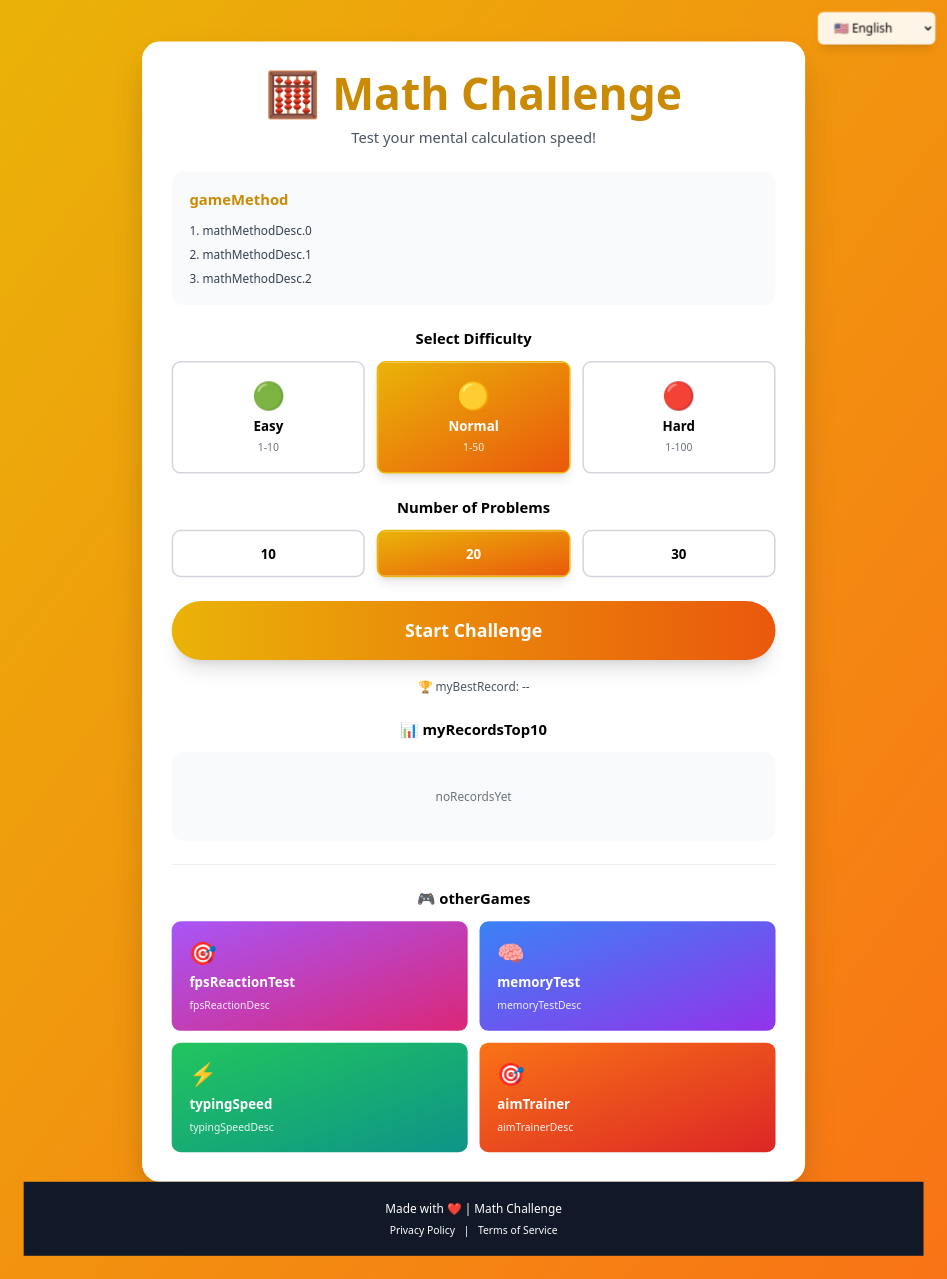
Repository: Lcmind/withjocoding
Page: math-challenge.html
These files come from the project's save history. The page is drawn as it stood at one moment and after the next save; the edit follows.
The browser window is 1280 px wide. The pictures show the whole page, at 74% of full size.
Some web libraries are served in a nearby version.

Above is the page before, as saved 2026-01-13 21:57:52.

After the next save:
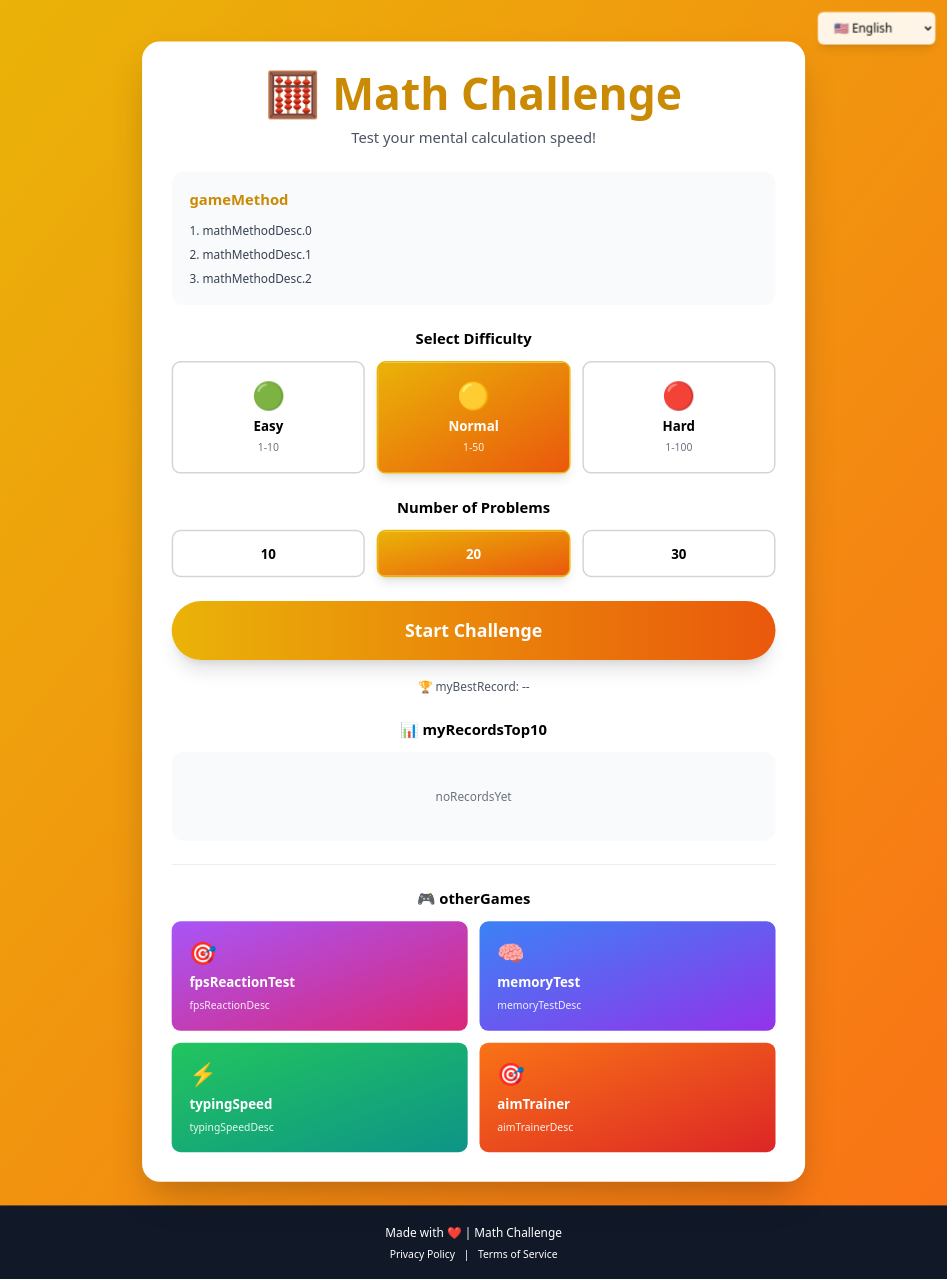
Saved 21 s later.
--- a/math-challenge.html
+++ b/math-challenge.html
@@ -149,41 +149,42 @@
           <p>🏆 <span data-i18n="myBestRecord">My Best Record</span>: <span id="best-record">--</span></p>
         </div>
 
-      <!-- 내 기록 TOP 10 -->
-      <div class="mt-8">
-        <h3 class="text-xl font-bold text-center mb-4">📊 <span data-i18n="myRecordsTop10">My Top 10 Records</span></h3>
-        <div id="history-list" class="bg-gray-50 rounded-2xl p-4 max-h-80 overflow-y-auto">
-          <p class="text-center text-gray-500 py-8" data-i18n="noRecordsYet">No records yet. Start now!</p>
-        </div>
-      </div>
-
-      <!-- 다른 게임 섹션 -->
-      <div class="mt-8 border-t border-gray-200 pt-8">
-        <h3 class="text-xl font-bold text-center mb-4">🎮 <span data-i18n="otherGames">Other Games</span></h3>
-        <div class="grid grid-cols-1 md:grid-cols-2 gap-4">
-          <a href="index.html" class="block bg-gradient-to-br from-purple-500 to-pink-600 rounded-xl p-6 text-white hover:shadow-xl transition-all duration-300 hover:-translate-y-1">
-            <div class="text-3xl mb-2">🎯</div>
-            <div class="font-bold text-lg mb-2" data-i18n="fpsReactionTest">FPS Reaction Test</div>
-            <div class="text-sm opacity-90" data-i18n="fpsReactionDesc">Test your reaction speed</div>
-          </a>
-
-          <a href="memory-test.html" class="block bg-gradient-to-br from-blue-500 to-purple-600 rounded-xl p-6 text-white hover:shadow-xl transition-all duration-300 hover:-translate-y-1">
-            <div class="text-3xl mb-2">🧠</div>
-            <div class="font-bold text-lg mb-2" data-i18n="memoryTest">Memory Test</div>
-            <div class="text-sm opacity-90" data-i18n="memoryTestDesc">Test your memory skills</div>
-          </a>
-
-          <a href="typing-speed.html" class="block bg-gradient-to-br from-green-500 to-teal-600 rounded-xl p-6 text-white hover:shadow-xl transition-all duration-300 hover:-translate-y-1">
-            <div class="text-3xl mb-2">⚡</div>
-            <div class="font-bold text-lg mb-2" data-i18n="typingSpeed">Typing Speed</div>
-            <div class="text-sm opacity-90" data-i18n="typingSpeedDesc">Test your typing speed</div>
-          </a>
-
-          <a href="aim-trainer.html" class="block bg-gradient-to-br from-orange-500 to-red-600 rounded-xl p-6 text-white hover:shadow-xl transition-all duration-300 hover:-translate-y-1">
-            <div class="text-3xl mb-2">🎯</div>
-            <div class="font-bold text-lg mb-2" data-i18n="aimTrainer">Aim Trainer</div>
-            <div class="text-sm opacity-90" data-i18n="aimTrainerDesc">Improve your aim precision</div>
-          </a>
+        <!-- 내 기록 TOP 10 -->
+        <div class="mt-8">
+          <h3 class="text-xl font-bold text-center mb-4">📊 <span data-i18n="myRecordsTop10">My Top 10 Records</span></h3>
+          <div id="history-list" class="bg-gray-50 rounded-2xl p-4 max-h-80 overflow-y-auto">
+            <p class="text-center text-gray-500 py-8" data-i18n="noRecordsYet">No records yet. Start now!</p>
+          </div>
+        </div>
+
+        <!-- 다른 게임 섹션 -->
+        <div class="mt-8 border-t border-gray-200 pt-8">
+          <h3 class="text-xl font-bold text-center mb-4">🎮 <span data-i18n="otherGames">Other Games</span></h3>
+          <div class="grid grid-cols-1 md:grid-cols-2 gap-4">
+            <a href="index.html" class="block bg-gradient-to-br from-purple-500 to-pink-600 rounded-xl p-6 text-white hover:shadow-xl transition-all duration-300 hover:-translate-y-1">
+              <div class="text-3xl mb-2">🎯</div>
+              <div class="font-bold text-lg mb-2" data-i18n="fpsReactionTest">FPS Reaction Test</div>
+              <div class="text-sm opacity-90" data-i18n="fpsReactionDesc">Test your reaction speed</div>
+            </a>
+
+            <a href="memory-test.html" class="block bg-gradient-to-br from-blue-500 to-purple-600 rounded-xl p-6 text-white hover:shadow-xl transition-all duration-300 hover:-translate-y-1">
+              <div class="text-3xl mb-2">🧠</div>
+              <div class="font-bold text-lg mb-2" data-i18n="memoryTest">Memory Test</div>
+              <div class="text-sm opacity-90" data-i18n="memoryTestDesc">Test your memory skills</div>
+            </a>
+
+            <a href="typing-speed.html" class="block bg-gradient-to-br from-green-500 to-teal-600 rounded-xl p-6 text-white hover:shadow-xl transition-all duration-300 hover:-translate-y-1">
+              <div class="text-3xl mb-2">⚡</div>
+              <div class="font-bold text-lg mb-2" data-i18n="typingSpeed">Typing Speed</div>
+              <div class="text-sm opacity-90" data-i18n="typingSpeedDesc">Test your typing speed</div>
+            </a>
+
+            <a href="aim-trainer.html" class="block bg-gradient-to-br from-orange-500 to-red-600 rounded-xl p-6 text-white hover:shadow-xl transition-all duration-300 hover:-translate-y-1">
+              <div class="text-3xl mb-2">🎯</div>
+              <div class="font-bold text-lg mb-2" data-i18n="aimTrainer">Aim Trainer</div>
+              <div class="text-sm opacity-90" data-i18n="aimTrainerDesc">Improve your aim precision</div>
+            </a>
+          </div>
         </div>
       </div>
     </div>
